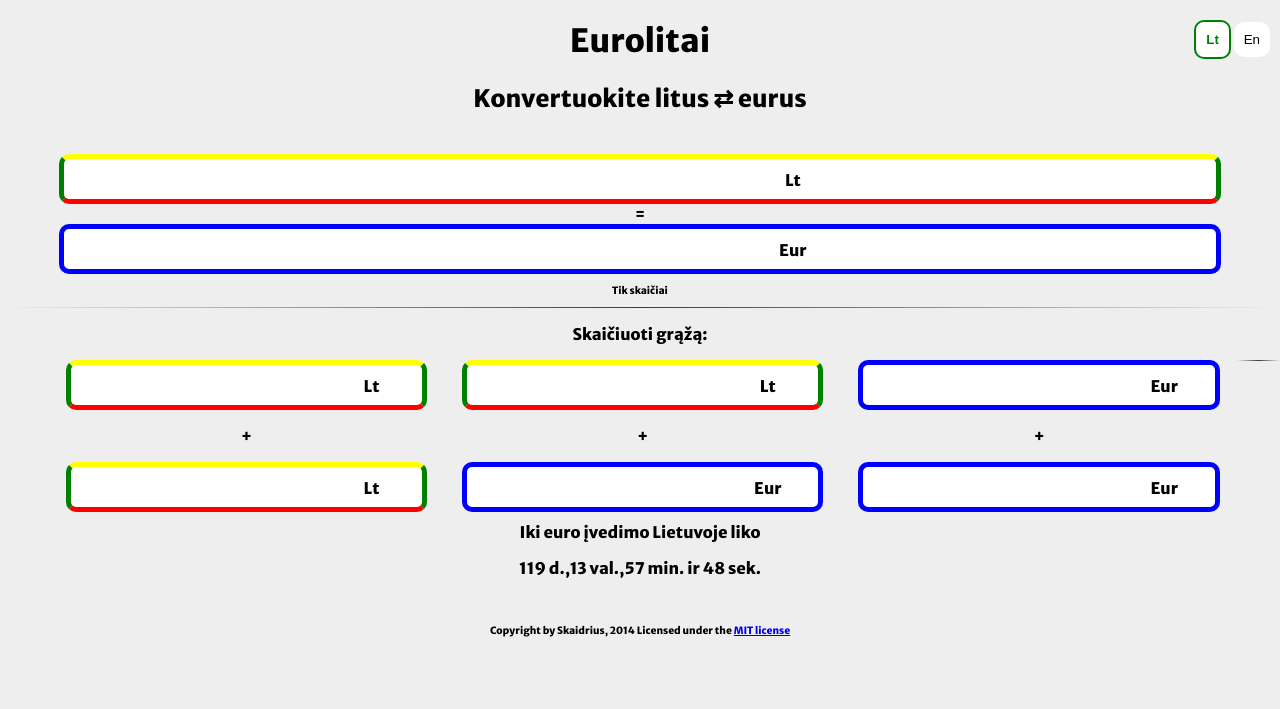
Repository: Skaidrius/eurolitai
Page: index.html
The author's editor kept a record of every edit. The page is drawn from the files as they stood at one moment, then again after the next edit.
The browser window is 1280 px wide. The pictures show the whole page.
Some web libraries are served in a nearby version.

Above is the page before.

After the next edit:
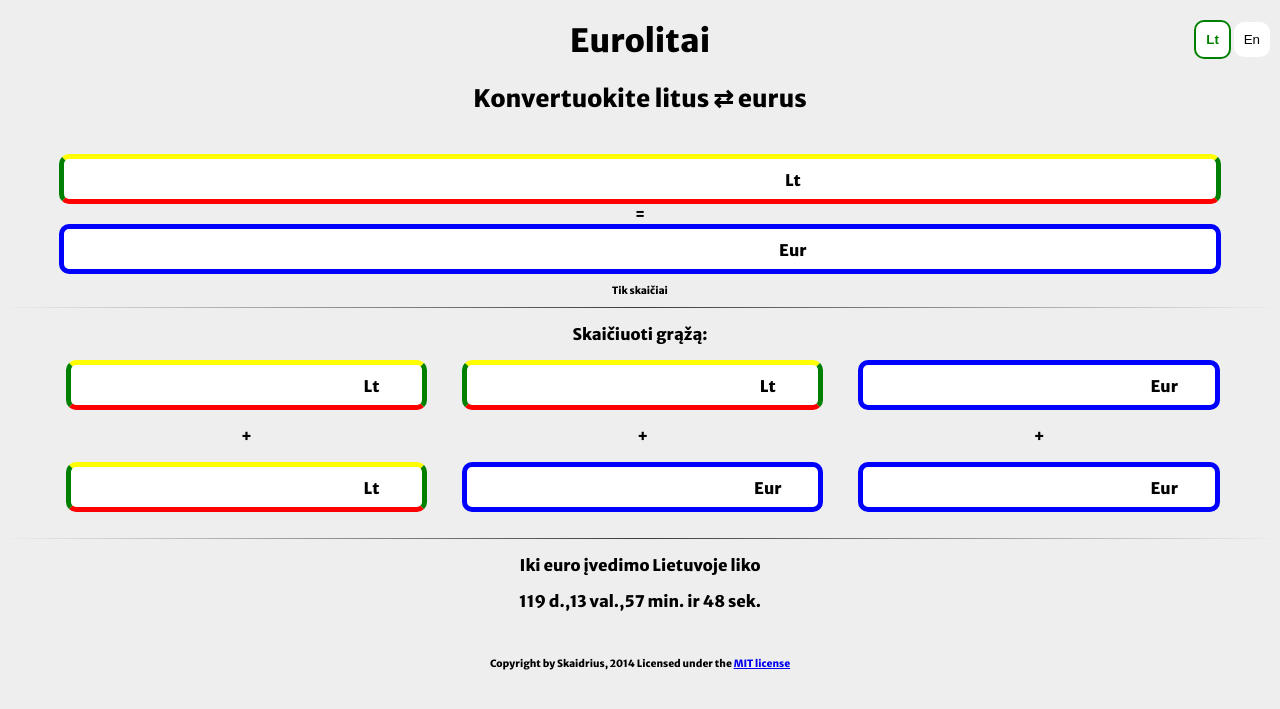
The edit:
--- a/style/style.css
+++ b/style/style.css
@@ -178,21 +178,6 @@
 	top:0.9em;
 }
 
-.popular {
-  display: inline-block;
-}
-
-.popular ul {
-  margin-top: 0;
-  padding: 0 10px;
-  float: left;
-  font-size: 0.7em;
-  font: sans-serif;
-}
-.popular ul li{
-  list-style: none;
-}
-
 hr {
     /* http://css-tricks.com/examples/hrs/ */
     border: 0;
@@ -230,3 +215,10 @@
   padding: 0 3px;
   float: left;
 }
+#explain {
+  clear: both;
+  padding: 3px 0;
+}
+hr {
+  margin:10px 0;
+}
